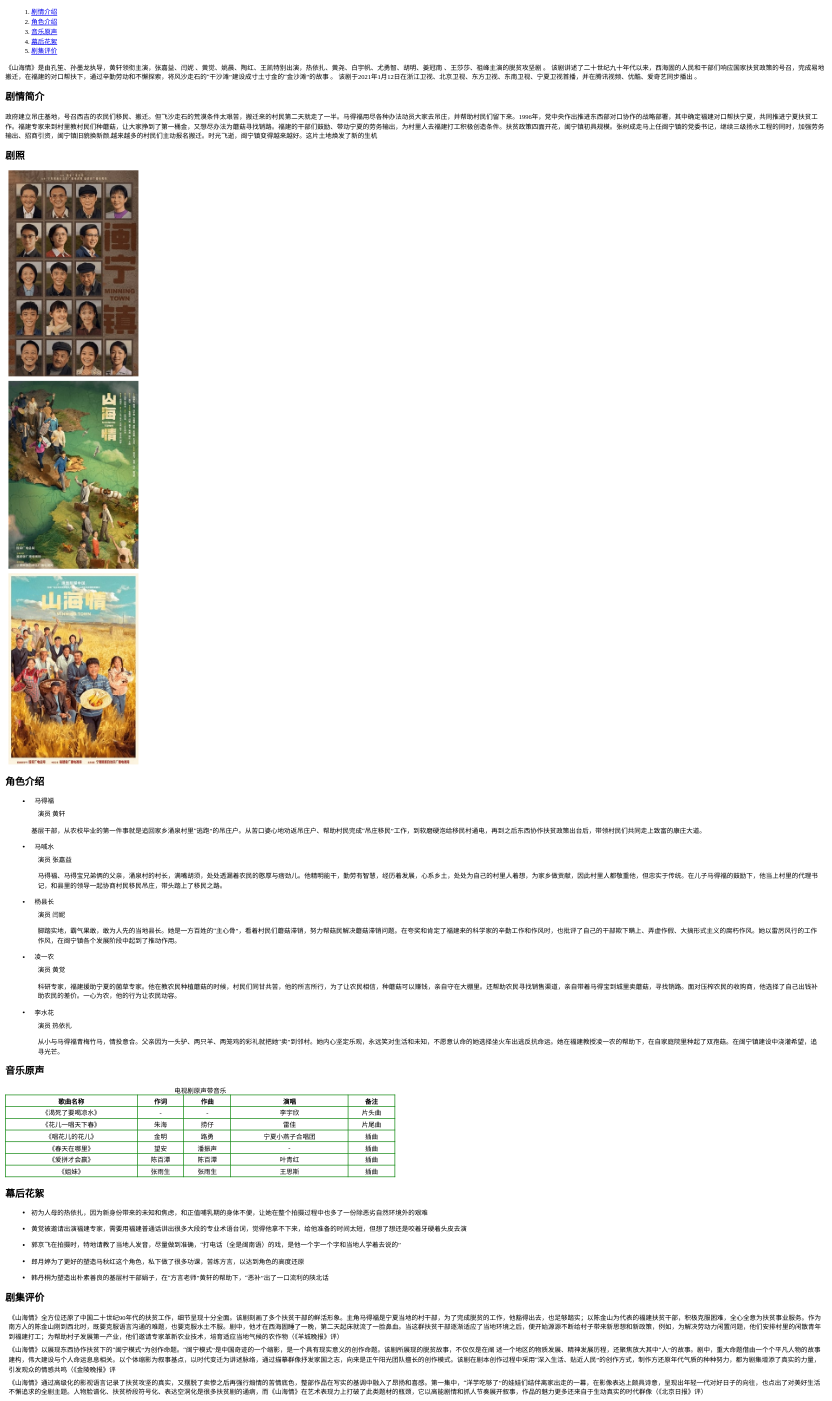
Repository: Lixianlai-2/static-website
Page: index.html
The author's editor kept a copy of each file at every save. The page is drawn from the files as they stood at one save, then again after the next save.
The browser window is 1280 px wide. The pictures show the whole page, at 65% of full size.

Above is the page before, as saved 2021-11-30 23:19:46.

### index.html
<!DOCTYPE html>
<html lang="zh-CN">
  <head>
    <meta charset="UTF-8" />
    <meta http-equiv="X-UA-Compatible" content="IE=edge" />
    <meta
      name="viewport"
      content="width=device-width, initial-scale=1.0"
      content="ie=edge"
    />
    <title>山海情</title>

    <style>

      body {
        font-size: 10px;
      }


      img {
        width: 200px;
        max-width: 100%;
      }

      table {
        text-align: center;
        max-width: 100%;
        width: 600px;
        table-layout: auto;
        border-collapse: collapse;
        border-spacing: 0;
      }
      div {

      margin:5px
      }

      th,
      td {
        border: 1px solid green;
      }
    </style>
  </head>
  <body>
    <nav>
      <ol>
        <li><a href="#Plot">剧情介绍</a></li>
        <li><a href="#Role">角色介绍</a></li>
        <li><a href="#Music">音乐原声</a></li>
        <li><a href="#Tidbits">幕后花絮</a></li>
        <li><a href="#Evaluation">剧集评价</a></li>
      </ol>
    </nav>

    <p>
      《山海情》是由孔笙、孙墨龙执导，黄轩领衔主演，张嘉益、闫妮
      、黄觉、姚晨、陶红、王凯特别出演，热依扎、黄尧、白宇帆、尤勇智、胡明、姜冠南
      、王莎莎、祖峰主演的脱贫攻坚剧 。
      该剧讲述了二十世纪九十年代以来，西海固的人民和干部们响应国家扶贫政策的号召，完成易地搬迁，在福建的对口帮扶下，通过辛勤劳动和不懈探索，将风沙走石的“干沙滩”建设成寸土寸金的“金沙滩”的故事
      。
      该剧于2021年1月12日在浙江卫视、北京卫视、东方卫视、东南卫视、宁夏卫视首播，并在腾讯视频、优酷、爱奇艺同步播出
      。
    </p>

    <h2 id="Plot">剧情简介</h2>
    <p>
      政府建立吊庄基地，号召西吉的农民们移民、搬迁。但飞沙走石的荒漠条件太艰苦，搬迁来的村民第二天就走了一半。马得福用尽各种办法动员大家去吊庄，并帮助村民们留下来。1996年，党中央作出推进东西部对口协作的战略部署，其中确定福建对口帮扶宁夏，共同推进宁夏扶贫工作。福建专家来到村里教村民们种蘑菇，让大家挣到了第一桶金，又想尽办法为蘑菇寻找销路。福建的干部们鼓励、带动宁夏的劳务输出，为村里人去福建打工积极创造条件。扶贫政策四面开花，闽宁镇初具规模。张树成走马上任闽宁镇的党委书记，继续三级扬水工程的同时，加强劳务输出、招商引资，闽宁镇旧貌换新颜,越来越多的村民们主动报名搬迁。时光飞逝，闽宁镇变得越来越好。这片土地焕发了新的生机
    </p>

    <h2>剧照</h2>
    <div>
      <a href="img/裁剪1.jpg" target="_blank">
        <img src="img/裁剪1.jpg" alt="剧照1">
      </a>
    </div>
    <div>
      <a href="img/裁剪2.jpg" target="_blank">
        <img src="img/裁剪2.jpg" alt="剧照2">
      </a>
    </div>
    <div>
      <a href="img/裁剪2.jpg" target="_blank">
        <img src="img/裁剪3.jpg" alt="剧照3">
      </a>
    </div>

    <h2 id="Role">角色介绍</h2>

    <ul>
      <li>
        <dl>
          <dt>
            <!-- div.role-name>span.item-value+div.role-actor>span.item-key+span.item-value -->
            <div class="role-name">
              <span class="item-value">马得福</span>
              <div class="role-actor">
                <span class="item-key">演员</span>
                <span class="item-value">黄轩</span>
              </div>
            </div>
          </dt>
          <dl>
            <p>
              基层干部，从农校毕业的第一件事就是追回家乡涌泉村里“逃跑”的吊庄户。从苦口婆心地劝返吊庄户、帮助村民完成“吊庄移民”工作，到软磨硬泡给移民村通电，再到之后东西协作扶贫政策出台后，带领村民们共同走上致富的康庄大道。
            </p>
          </dl>
        </dl>
      </li>
      <li>
        <dl>
          <dt>
            <div class="role-name">
              <span class="item-value">马喊水</span>
              <div class="role-actor">
                <span class="item-key">演员</span
                ><span class="item-value"> 张嘉益</span>
                <dl>
                  <p>
                    马得福、马得宝兄弟俩的父亲，涌泉村的村长，满嘴胡须，处处透漏着农民的憨厚与痞劲儿。他精明能干，勤劳有智慧，经历着发展，心系乡土，处处为自己的村里人着想，为家乡做贡献，因此村里人都敬重他，但忠实于传统。在儿子马得福的鼓励下，他当上村里的代理书记，和县里的领导一起协商村民移民吊庄，带头踏上了移民之路。
                  </p>
                </dl>
              </div>
            </div>
          </dt>
        </dl>
      </li>
      <li>
        <dl>
          <dt>
            <div class="role-name">
              <span class="item-value">杨县长</span>
              <div class="role-actor">
                <span class="item-key">演员</span>
                <span class="item-value">闫妮</span>
                <dl>
                  <p>
                    脚踏实地，霸气果敢，敢为人先的当地县长。她是一方百姓的“主心骨”，看着村民们蘑菇滞销，努力帮菇民解决蘑菇滞销问题。在夸奖和肯定了福建来的科学家的辛勤工作和作风时，也批评了自己的干部欺下瞒上、弄虚作假、大搞形式主义的腐朽作风。她以雷厉风行的工作作风，在闽宁镇各个发展阶段中起到了推动作用。
                  </p>
                </dl>
              </div>
            </div>
          </dt>
        </dl>
      </li>
      <li>
        <dl>
          <dt>
            <div class="role-name">
              <span class="item-value">凌一农</span>
              <div class="role-actor">
                <span class="item-key">演员</span>
                <span class="item-value">黄觉</span>
                <dl>
                  <p>
                    科研专家，福建援助宁夏的菌草专家。他在教农民种植蘑菇的时候，村民们同甘共苦，他的所言所行，为了让农民相信，种蘑菇可以赚钱，亲自守在大棚里。还帮助农民寻找销售渠道，亲自带着马得宝到城里卖蘑菇，寻找销路。面对压榨农民的收购商，他选择了自己出钱补助农民的差价。一心为农，他的行为让农民动容。
                  </p>
                </dl>
              </div>
            </div>
          </dt>
        </dl>
      </li>
      <li>
        <dl>
          <dt>
            <div class="role-name">
              <span class="item-value">李水花</span>
              <div class="role-actor">
                <span class="item-key">演员</span>
                <span class="item-value">热依扎</span>
                <dl>
                  <p>
                    从小与马得福青梅竹马，情投意合。父亲因为一头驴、两只羊、两笼鸡的彩礼就把她“卖”到邻村。她内心坚定乐观，永远笑对生活和未知，不愿意认命的她选择坐火车出逃反抗命运。她在福建教授凌一农的帮助下，在自家庭院里种起了双孢菇。在闽宁镇建设中浇灌希望，追寻光芒。
                  </p>
                </dl>
              </div>
            </div>
          </dt>
        </dl>
      </li>
    </ul>

    <!-- ul>(li>dl>dt>div.role-name>span.item-value+div.role-actor>span.item-key+span.item-value+dl)*5 -->
    <!-- div.role-name>span.item-value+div.role-actor>span.item-key+span.item-value -->

    <h2 id="Music">音乐原声</h2>
    <table>
      <caption>
        电视剧原声带音乐
      </caption>
      <thead>
        <tr>
          <th>歌曲名称</th>
          <th>作词</th>
          <th>作曲</th>
          <th>演唱</th>
          <th>备注</th>
        </tr>
      </thead>
      <tbody>
        <tr>
          <td>《渴死了要喝凉水》</td>
          <td>-</td>
          <td>-</td>
          <td>李宇欣</td>
          <td>片头曲</td>
        </tr>
        <tr>
          <td>《花儿一唱天下春》</td>
          <td>朱海</td>
          <td>捞仔</td>
          <td>雷佳</td>
          <td>片尾曲</td>
        </tr>
        <tr>
          <td>《唱花儿的花儿》</td>
          <td>金明</td>
          <td>路勇</td>
          <td>宁夏小燕子合唱团</td>
          <td>插曲</td>
        </tr>
        <tr>
          <td>《春天在哪里》</td>
          <td>望安</td>
          <td>潘振声</td>
          <td>-</td>
          <td>插曲</td>
        </tr>
        <tr>
          <td>《爱拼才会赢》</td>
          <td>陈百潭</td>
          <td>陈百潭</td>
          <td>叶青红</td>
          <td>插曲</td>
        </tr>
        <tr>
          <td>《姐妹》</td>
          <td>张雨生</td>
          <td>张雨生</td>
          <td>王思斯</td>
          <td>插曲</td>
        </tr>
      </tbody>
      <tfoot></tfoot>
    </table>

    <h2 id="Tidbits">幕后花絮</h2>
    <ul>
      <li>
        <p>
          初为人母的热依扎，因为新身份带来的未知和焦虑，和正值哺乳期的身体不便，让她在整个拍摄过程中也多了一份除恶劣自然环境外的艰难
        </p>
      </li>
      <li>
        <p>
          黄觉被邀请出演福建专家，需要用福建普通话讲出很多大段的专业术语台词，觉得他拿不下来，给他准备的时间太短，但想了想还是咬着牙硬着头皮去演
        </p>
      </li>
      <li>
        <p>
          郭京飞在拍摄时，特地请教了当地人发音，尽量做到准确，“打电话（全是闽南语）的戏，是他一个字一个字和当地人学着去说的”
        </p>
      </li>
      <li>
        <p>
          郎月婷为了更好的塑造马秋红这个角色，私下做了很多功课，苦练方言，以达到角色的高度还原
        </p>
      </li>
      <li>
        <p>
          韩丹桐为塑造出朴素善良的基层村干部娟子，在“方言老师”黄轩的帮助下，“恶补”出了一口流利的陕北话
        </p>
      </li>
    </ul>
    <h2 id="Evaluation">剧集评价</h2>
    <div>
      《山海情》全方位还原了中国二十世纪90年代的扶贫工作，细节呈现十分全面。该剧刻画了多个扶贫干部的鲜活形象。主角马得福是宁夏当地的村干部，为了完成脱贫的工作，他豁得出去，也足够踏实；以陈金山为代表的福建扶贫干部，积极克服困难，全心全意为扶贫事业服务。作为南方人的陈金山刚到西北时，既要克服语言沟通的难题，也要克服水土不服。剧中，他才在西海固睡了一晚，第二天起床就流了一脸鼻血。当这群扶贫干部逐渐适应了当地环境之后，便开始源源不断给村子带来新思想和新政策，例如，为解决劳动力闲置问题，他们安排村里的闲散青年到福建打工；为帮助村子发展第一产业，他们邀请专家革新农业技术，培育适应当地气候的农作物（《羊城晚报》评）
    </div>
    <div>
      《山海情》以展现东西协作扶贫下的“闽宁模式”为创作命题。“闽宁模式”是中国奇迹的一个缩影，是一个具有现实意义的创作命题。该剧所展现的脱贫故事，不仅仅是在阐
      述一个地区的物质发展、精神发展历程，还聚焦放大其中“人”的故事。剧中，重大命题借由一个个平凡人物的故事建构，伟大建设与个人命运息息相关。以个体缩影为叙事基点，以时代变迁为讲述脉络，通过描摹群像抒发家国之志，向来是正午阳光团队擅长的创作模式。该剧在剧本创作过程中采用“深入生活、贴近人民”的创作方式，制作方还原年代气质的种种努力，都为剧集增添了真实的力量，引发观众的情感共鸣（《金陵晚报》评
    </div>
    <div>
      《山海情》通过高级化的影视语言记录了扶贫攻坚的真实，又摆脱了卖惨之后再强行煽情的苦情底色，整部作品在写实的基调中融入了昂扬和喜感。第一集中，“洋芋吃够了”的娃娃们结伴离家出走的一幕，在影像表达上颇具诗意，呈现出年轻一代对好日子的向往，也点出了对美好生活不懈追求的全剧主题。人物脸谱化、扶贫桥段符号化、表达空洞化是很多扶贫剧的通病，而《山海情》在艺术表现力上打破了此类题材的瓶颈，它以高能剧情和抓人节奏展开叙事，作品的魅力更多还来自于生动真实的时代群像（《北京日报》评）
    </div>



  </body>
</html>

After the next save:
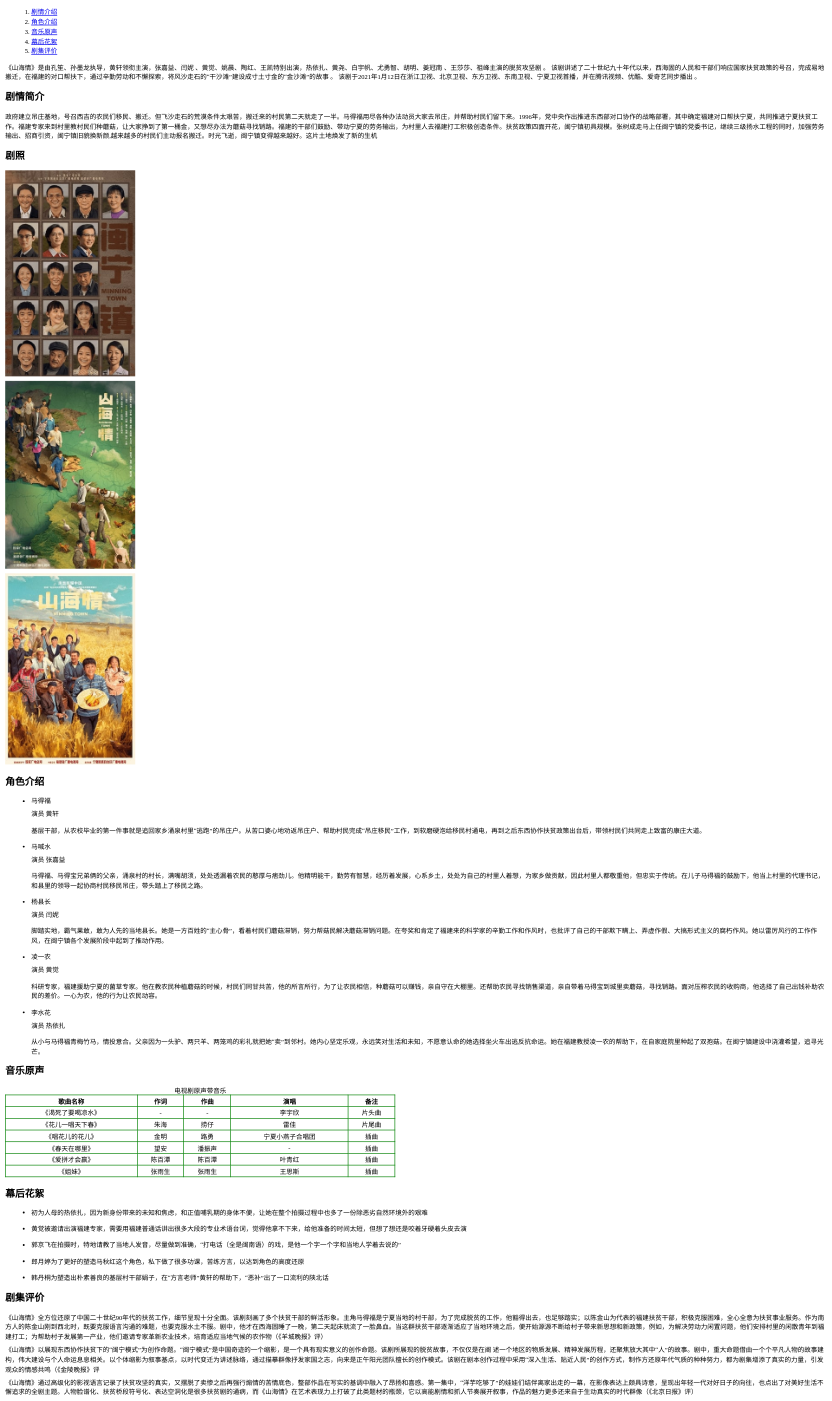
Saved 8 s later.
--- a/index.html
+++ b/index.html
@@ -32,7 +32,7 @@
       }
       div {
 
-      margin:5px
+      margin:5px 0
       }
 
       th,
